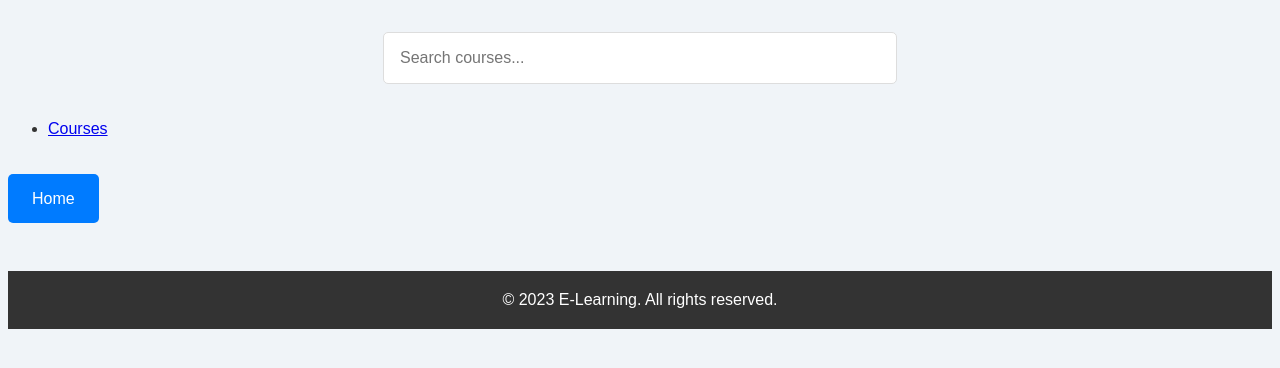
Repository: Syed1818/project
Page: courses.html
These files come from the project's save history. The page is drawn as it stood at one moment and after the next save; the edit follows.
The browser window is 1280 px wide. The pictures show the whole page.

Above is the page before, as saved 2024-12-02 21:10:53.

After the next save:
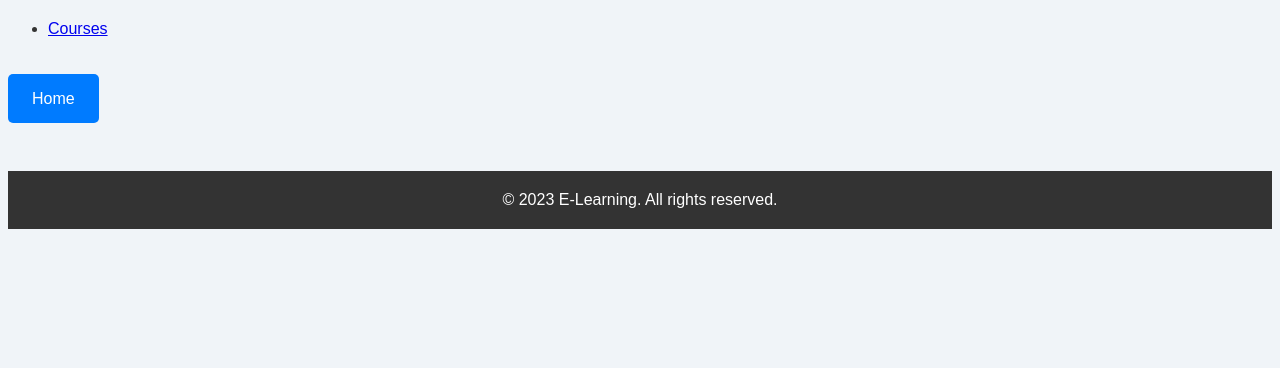
Saved 27 s later.
--- a/courses.html
+++ b/courses.html
@@ -95,9 +95,6 @@
     </style>
 </head>
 <body>
-    <div class="search-container">
-        <input type="text" placeholder="Search courses...">
-    </div>
     <nav>
         <ul>
             <li><a href="courses.php">Courses</a></li>
